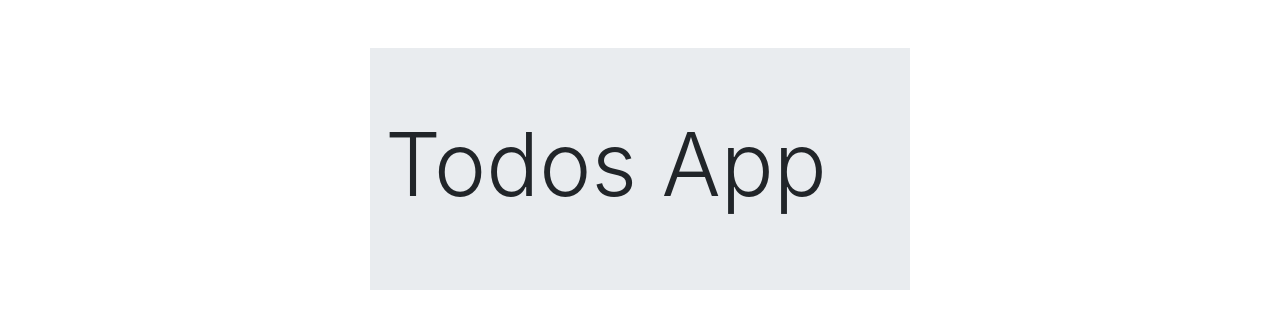
Repository: nguyenan97/todo-app-react
Page: / (app in todo-app/)
The author's editor kept a copy of each file at every save. The page is drawn from the files as they stood at one save, then again after the next save.
The browser window is 1280 px wide. The pictures show the whole page.
The project was rebuilt for these pictures with package versions that can differ from the ones it lists, and the page was loaded fresh each time. Also part of the build but not shown: todo-app/src/App.css.

Above is the page before, as saved 2019-12-27 12:25:42.

After the next save:
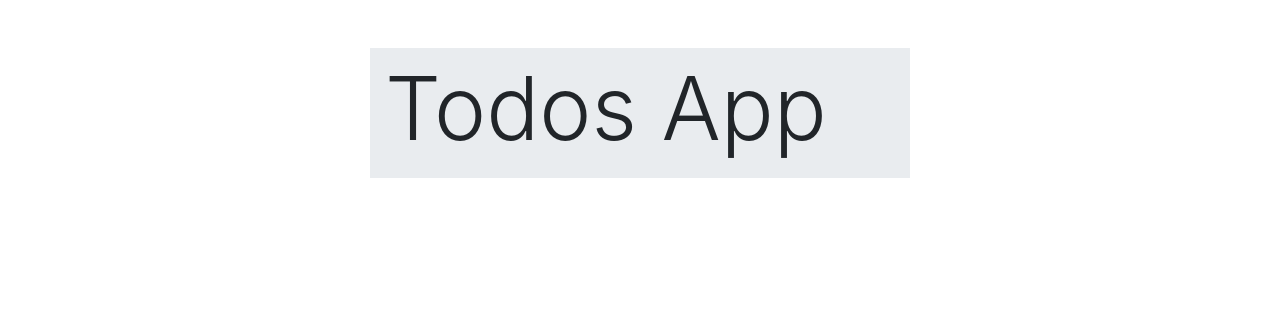
Saved 40 s later.
--- a/todo-app/src/App.js
+++ b/todo-app/src/App.js
@@ -3,7 +3,7 @@ import './App.css';
 
 function App() {
   return (
-    <div className="jumbotron jumbotron-fluid">
+    <div className="jumbotron jumbotron-fluid py-2">
       <div className="container">
         <h1 className="display-2">Todos App</h1>
       </div>
